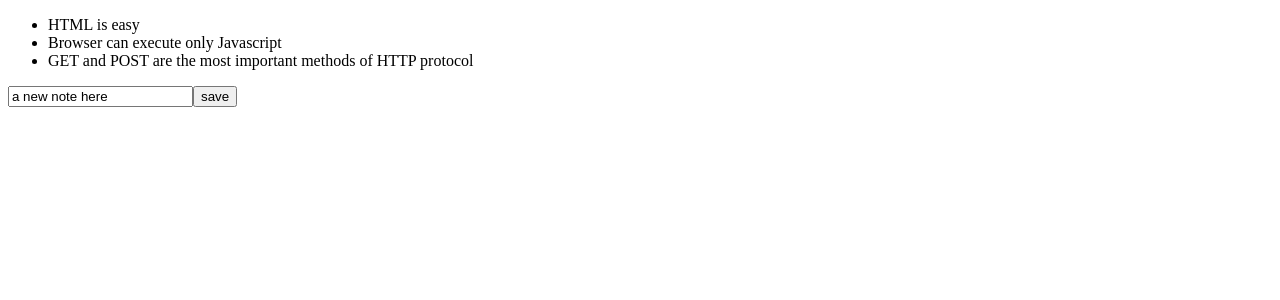
Repository: 2Lavine/fullstack
Page: / (app in part2/)
The author's editor kept a copy of each file at every save. The page is drawn from the files as they stood at one save, then again after the next save.
The browser window is 1280 px wide. The pictures show the whole page.
The project was rebuilt for these pictures with package versions that can differ from the ones it lists, and the page was loaded fresh each time.

Above is the page before, as saved 2020-09-01 15:59:17.

### part2/src/index.js
import React, { useState } from "react";
import ReactDOM from "react-dom";
import App from "./App.js";
const notes = [
  {
    id: 1,
    content: "HTML is easy",
    date: "2019-05-30T17:30:31.098Z",
    important: true,
  },
  {
    id: 2,
    content: "Browser can execute only Javascript",
    date: "2019-05-30T18:39:34.091Z",
    important: false,
  },
  {
    id: 3,
    content: "GET and POST are the most important methods of HTTP protocol",
    date: "2019-05-30T19:20:14.298Z",
    important: true,
  },
];

ReactDOM.render(<App notes={notes}></App>, document.getElementById("root"));

### part2/src/App.js
import React, { useState } from "react";
import Note from "./components/Note.js";

const App = (props) => {
  console.log(props);
  const [notes, setNotes] = useState(props.notes);
  console.log(notes);
  const [newNote, setNewNote] = useState("a new note here");
  const addNote = (e) => {
    e.preventDefault();
    console.log("button clicked", e.target);
    const noteObject = {
      content: newNote,
      date: new Date(),
      important: Math.random()<0.5,
      id: notes.length + 1,
    };
    setNotes(notes.concat(noteObject));
    setNewNote("");
  };
  const handleNoteChange = (e) => {
    console.log(e.target.value);
    setNewNote(e.target.value);
  };

  return (
    <div>
      <ul>
        {notes.map((note) => (
          <Note note={note} key={note.id}></Note>
        ))}
      </ul>
      <form onSubmit={addNote}>
        <input value={newNote} onChange={handleNoteChange}></input>
        <button type="submit">save</button>
      </form>
    </div>
  );
};
export default App;

### part2/src/components/Note.js
import React from "react";

const Note = ({ note }) => <li>{note.content}</li>;

export default Note;

Loaded but not shown: part2/public/index.html (common file)

After the next save:
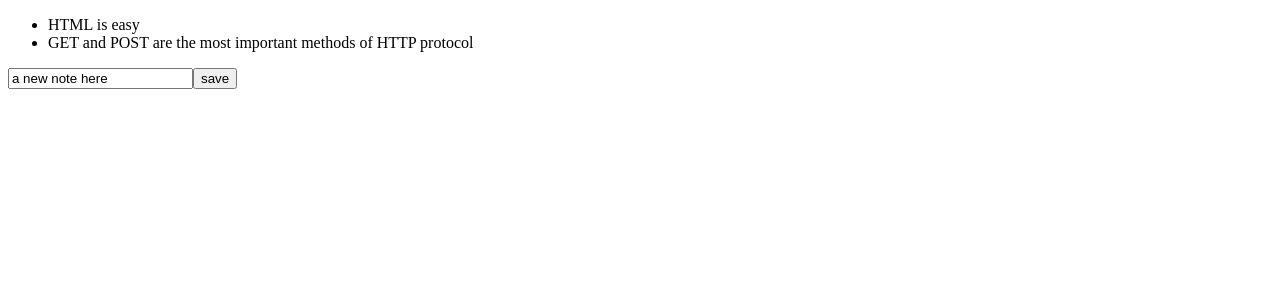
Saved 2 min 17 s later.
--- a/part2/src/App.js
+++ b/part2/src/App.js
@@ -2,17 +2,16 @@ import React, { useState } from "react";
 import Note from "./components/Note.js";
 
 const App = (props) => {
-  console.log(props);
   const [notes, setNotes] = useState(props.notes);
-  console.log(notes);
   const [newNote, setNewNote] = useState("a new note here");
+  const [showAll, setShowAll] = useState(true);
   const addNote = (e) => {
     e.preventDefault();
     console.log("button clicked", e.target);
     const noteObject = {
       content: newNote,
       date: new Date(),
-      important: Math.random()<0.5,
+      important: Math.random() < 0.5,
       id: notes.length + 1,
     };
     setNotes(notes.concat(noteObject));
@@ -22,11 +21,11 @@ const App = (props) => {
     console.log(e.target.value);
     setNewNote(e.target.value);
   };
-
+  const notesToShow = notes.filter((note) => note.important === true);
   return (
     <div>
       <ul>
-        {notes.map((note) => (
+        {notesToShow.map((note) => (
           <Note note={note} key={note.id}></Note>
         ))}
       </ul>
